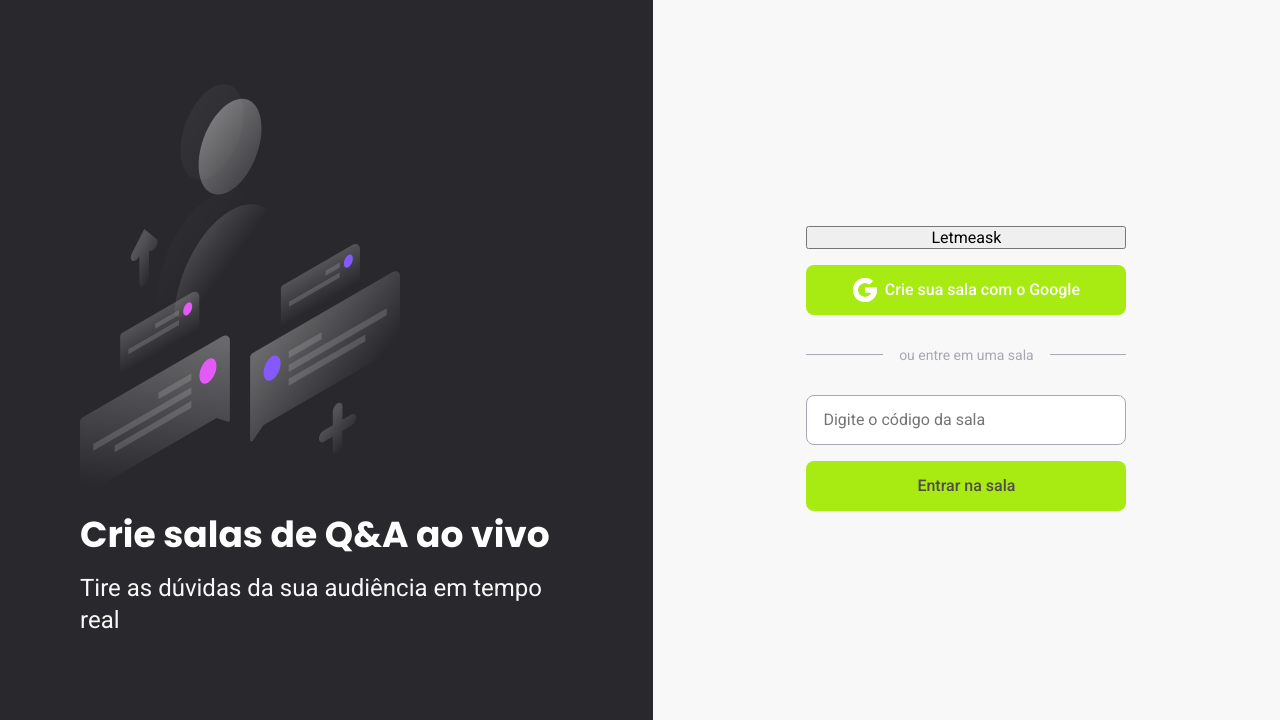
Repository: joaovnogueira/letmeask
Page: /
An editor plug-in stored every save of this project. The page is shown before and after a run of saves, followed by the edit.
The browser window is 1280 px wide. The pictures show the whole page.
The project was rebuilt for these pictures with package versions that can differ from the ones it lists, and the page was loaded fresh each time. Also part of the build but not shown: src/pages/NewRoom.tsx, src/components/Question.tsx, src/styles/room-code.scss, src/components/RoomCode.tsx, src/hooks/useRoom.tsx, src/styles/rooms.scss, src/pages/AdminRoom.tsx. Imported but missing from the stored project, and not drawn on this page: src/pages/Room.

Above is the page before, as saved 2022-03-12 15:49:09.

### public/index.html
<!DOCTYPE html>
<html lang="en">
  <head>
    <meta charset="utf-8" />
    <meta name="viewport" content="width=device-width, initial-scale=1" />


    <link rel="preconnect" href="https://fonts.googleapis.com">
    <link rel="preconnect" href="https://fonts.gstatic.com" crossorigin>
    <link href="https://fonts.googleapis.com/css2?family=Poppins:wght@400;700&family=Roboto:wght@400;500&display=swap" rel="stylesheet">


    <title>Letmeask</title>


  </head>
  <body>
    <noscript>You need to enable JavaScript to run this app.</noscript>
    <div id="root"></div>
  </body>
</html>

### src/index.tsx
import React from 'react';
import ReactDOM from 'react-dom';
import App from './App';

import './services/firebase';
import './styles/global.scss';

ReactDOM.render(
  <React.StrictMode>
    <App />
  </React.StrictMode>,
  document.getElementById('root')
);

### src/App.tsx
import { BrowserRouter, Route, Switch } from 'react-router-dom'

import { Home } from './pages/Home';
import { NewRoom } from './pages/NewRoom'
import { Room } from './pages/Room';
import { AdminRoom } from './pages/AdminRoom';

import { AuthContextProvider } from './contexts/AuthContext'


function App() {


  return (
     <BrowserRouter>
      <AuthContextProvider>
        <Switch>
          <Route path="/" exact component={Home} />
          <Route path="/rooms/new" exact component={NewRoom} />
          <Route path="/rooms/:id" component={Room} />

          <Route path="/admin/rooms/:id" component={AdminRoom} />
        </Switch>
      </AuthContextProvider>
     </BrowserRouter>
  );
}

export default App;

### src/services/firebase.ts

import firebase from 'firebase/compat/app';

import 'firebase/compat/auth';
import 'firebase/compat/firestore';
import 'firebase/compat/database';

//import firebase from 'firebase/app';

//import 'firebase/auth';
//import 'firebase/firestore';



const firebaseConfig = {
    apiKey: process.env.REACT_APP_API_KEY,
    authDomain: process.env.REACT_APP_AUTH_DOMAIN,
    databaseURL: process.env.REACT_APP_DATABASE_URL,
    projectId: process.env.REACT_APP_PROJECT_ID,
    storageBucket: process.env.REACT_APP_STORAGE_BUCKET,
    messagingSenderId: process.env.REACT_APP_MESSAGING_SENDER_ID,
    appId: process.env.REACT_APP_APP_ID
  };

  firebase.initializeApp(firebaseConfig);


//const auth = firebase.auth();
const database = firebase.database();
const auth = firebase.auth();

export {auth, database, firebase}
//export {firebase}
//export {auth}
//export {database}

### src/styles/global.scss
*{
    margin: 0;
    padding: 0;
    box-sizing: border-box;
}

body{
    background: #f8f8f8;
    color: #29292e
}

body, input, button, textarea{
    font: 400 16px 'Roboto', sans-serif;
}

### src/pages/Home.tsx
import { useHistory } from "react-router-dom";

//import 'firebase/compat/auth';
import {auth, database, firebase} from '../services/firebase'
//import firebase from 'firebase/compat/app';


import illustrationImg from '../assets/images/illustration.svg';
import logoImg from '../assets/images/logo.svg';
import googleIconImage from '../assets/images/google-icon.svg';


import '../styles/auth.scss'

import { Button } from '../components/Button'
import { useAuth } from "../hooks/useAuth";
import { FormEvent, useState } from "react";

export function Home() {
    const history = useHistory();
    const { user, signInWithGoogle } = useAuth();
    const [ roomCode, setRoomCode ] = useState('');

    async function handleCreateRoom() {

        if (!user){
            await signInWithGoogle()
        }

        history.push('/rooms/new')

    }

    async function handleJoinRoom(event: FormEvent){
        event.preventDefault();

        if (roomCode.trim() == ''){
            return;
        }

        const roomRef = await database.ref(`rooms/${roomCode}`).get();

        if(!roomRef.exists()){
            alert('Room does not exists.')
            return;
        }

        if(roomRef.val().endedAt){
            alert('Room already closed.');
            return;
        }

        history.push(`/rooms/${roomCode}`)
    }

    return(
        <div id = 'page-auth'>
            <aside>
                <img src={illustrationImg} alt="Ilustração simbolizando perguntas e respostas"/>
                <strong>Crie salas de Q&amp;A ao vivo</strong>
                <p>Tire as dúvidas da sua audiência em tempo real </p>
            </aside>
            <main>
                <div className="main-content">
                    <button id='Logo'>Letmeask</button>
                    <button onClick={handleCreateRoom} className="create-room">
                        <img src={googleIconImage} alt="Logo do Google" />
                        Crie sua sala com o Google
                    </button>
                    <div className="separator">ou entre em uma sala</div>
                    <form onSubmit={handleJoinRoom}>
                        <input
                           type="text"
                           placeholder="Digite o código da sala"
                           onChange={event => setRoomCode(event.target.value)}
                           value = {roomCode}
                        />
                        <Button type="submit">
                            Entrar na sala
                        </Button>
                    </form>
                </div>
            </main>
        </div>
    )
}

### src/contexts/AuthContext.tsx
//import firebase from "firebase/compat/app";
import { auth,firebase } from "../services/firebase";

import { createContext, ReactNode, useEffect, useState } from "react";


type User = {
    id: string;
    name: string;
    avatar: string;
  }

  type AuthContextType = {
    user: User | undefined;
    signInWithGoogle: () => Promise<void>;
  }

type AuthContextProviderProps = {
    children: ReactNode;
}

export const AuthContext = createContext({} as AuthContextType);

export function AuthContextProvider(props: AuthContextProviderProps){

    const [user, setUser] = useState<User>()

    useEffect(() => {
        const unssubscribe = auth.onAuthStateChanged(user => {
         if (user) {
            const {displayName,photoURL, uid} = user;

             if(!displayName || !photoURL){
             throw new Error('Missing Information from Google Account.')
            }

         setUser({
           id: uid,
           name: displayName,
           avatar: photoURL
         })
       }
     })

     return () => {
       unssubscribe();
     }
     }, [])

   async function signInWithGoogle(){
     const provider = new firebase.auth.GoogleAuthProvider();

     const result = await auth.signInWithPopup(provider);

       if (result.user){
         const {displayName,photoURL, uid} = result.user;

         if(!displayName || !photoURL){
           throw new Error('Missing Information from Google Account.')
         }

         setUser({
           id: uid,
           name: displayName,
           avatar: photoURL
         })
       }

   }

    return (
        <AuthContext.Provider value={{ user, signInWithGoogle }}>
            {props.children}
        </AuthContext.Provider>

    );
}

### src/styles/auth.scss
@import url('https://fonts.googleapis.com/css2?family=Courgette&display=swap');

#page-auth{
    display: flex;
    align-items: stretch;
    height: 100vh;



    aside{
        flex: 7;
        background: #29282c;
        color: #fff;

        display: flex;
        flex-direction: column;
        justify-content: center;

        padding: 120px 80px;

        img{
            max-width: 320px;
        }

        strong{
            font: 700 36px 'Poppins', sans-serif;
            line-height: 42px;
            margin-top: 16px
        }

        p{
            font-size: 24px;
            line-height: 32px;
            margin-top: 16px;
            color: #f8f8f8;
        }
    }

    main{
        flex: 8;

        padding: 0 32px;
        display: flex;
        align-items: center;
        justify-content: center;

    }

    .main-content{
        display: flex;
        flex-direction: column;
        width: 100%;
        max-width: 320px;
        align-items: stretch;
        text-align: center;

        h1#Logo{
            font-family: 'Courgette', cursive;
            font-size: 70px;
            background-image:
            linear-gradient(to right, #1859d3, #0091fc, #00bbd9, #00da84, #a8eb12);
            background-clip: text;
            -webkit-background-clip: text;
            color: transparent;
        }

        > img{
            align-self: center;
        }

        h2{
            font-size: 24px;
            margin: 64px 8 24px;
            font-family: 'Poppins', sans seriff;
        }

        form{
            input{
                height:50px;
                border-radius: 8px;
                padding: 0 16px;
                background: #fff;
                border: 1px solid #a8a8b3
            }
        }

        p{
            font-size: 14px;
            color: #737380;
            margin-top: 16px;

        }

        a{
            color: #e559f9
        }

        button{
            margin-top: 16px;
        }

        button, input{
            width: 100%;
        }
    }

    .create-room{
        margin-top: 64px;
        height: 50px;
        border-radius: 8px;
        font-weight: 500;
        background: #a8eb12;
        color:#fff;

        display: flex;
        justify-content: center;
        align-items: center;

        cursor: pointer;
        border: 0;

        transition: filter 0.2s;

        img{
            margin-right: 8px;
        }

        &:hover{
            filter: brightness(0.9);
        }
    }

    .separator{
        font-size: 14px;
        color: #a8a8b3;

        margin: 32px 0;
        display: flex;
        align-items: center;

        &::before {
            content: '';
            flex: 1;
            height: 1px;
            background: #a8a8b3;
            margin-right: 16px;
        }
        &::after{
            content: '';
            flex: 1;
            height: 1px;
            background: #a8a8b3;
            margin-left: 16px;
        }
    }


}

### src/components/Button.tsx
import { ButtonHTMLAttributes } from 'react'
import '../styles/button.scss'


type ButtonProps = ButtonHTMLAttributes<HTMLButtonElement> & {
    isOutlined?: boolean;
}

export function Button({isOutlined = false, ...props}: ButtonProps) {
    return(
        <button
            className={`button ${isOutlined ? 'outlined' : ''}`}
            {...props}>
        </button>
    )
}

### src/hooks/useAuth.ts
import { useContext } from 'react';
import { AuthContext } from '../contexts/AuthContext'

export function useAuth() {
    const value =  useContext(AuthContext);

    return value;
}

### src/styles/button.scss
.button{
    height: 50px;
    border-radius: 8px;
    font-weight: 500;
    background: #a8eb12;
    color: #524b4b;
    padding: 0 32px;

    display: flex;
    justify-content: center;
    align-items: center;

    cursor: pointer;
    border: 0;

    transition: filter 0.2s;

    img{
        margin-right: 8px;
    }

    &.outlined {
        background: #FFF;
        border: 1px solid   #a8eb12;
        color: #a8eb12;
    }

    &:not(:disabled):hover{
        filter: brightness(0.9);
    }

    &:disabled{
        opacity: 0.6;
        cursor: not-allowed;
    }
}

After the next 4 saves:
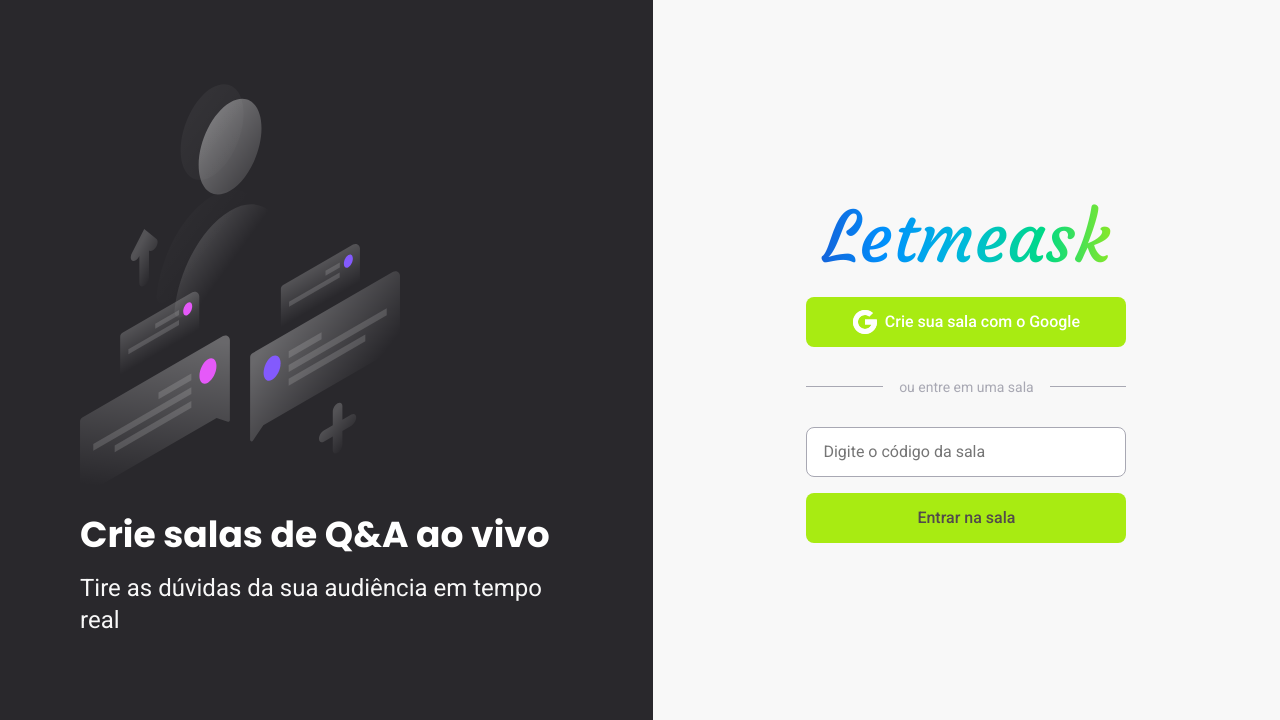
The 4 saves are shown as one change because they came seconds apart.
The last was saved 47 s later.
--- a/src/styles/auth.scss
+++ b/src/styles/auth.scss
@@ -54,7 +54,7 @@
         align-items: stretch;
         text-align: center;
 
-        h1#Logo{
+        button#Logo{
             font-family: 'Courgette', cursive;
             font-size: 70px;
             background-image:
@@ -62,6 +62,7 @@
             background-clip: text;
             -webkit-background-clip: text;
             color: transparent;
+            border: none;
         }
 
         > img{
